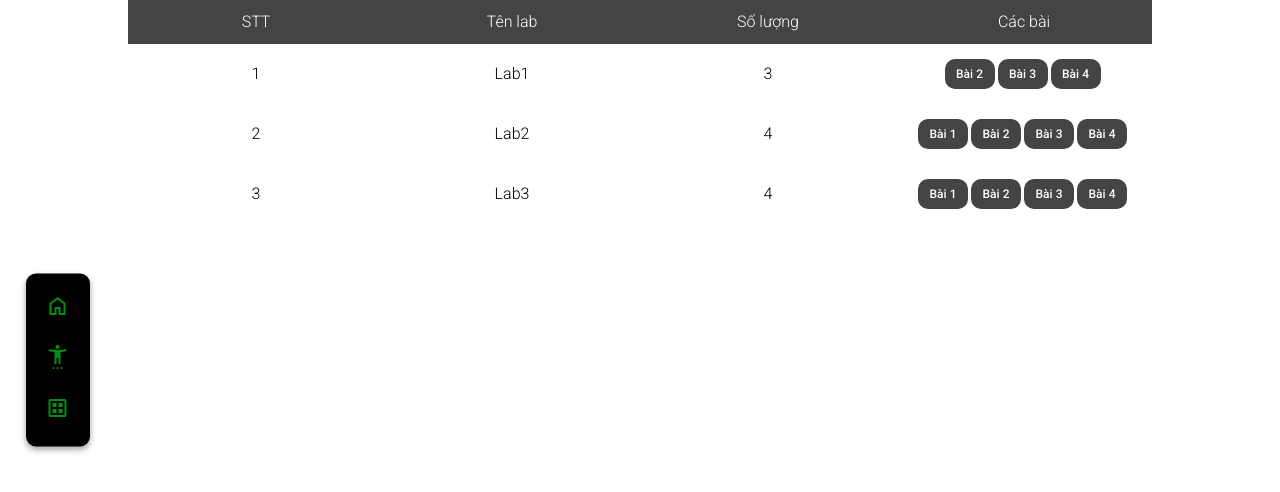
Repository: tuankiet10920/homeworkFEF
Page: /labs
The author's editor kept a copy of each file at every save. The page is drawn from the files as they stood at one save, then again after the next save.
The browser window is 1280 px wide. The pictures show the whole page.
The project was rebuilt for these pictures with package versions that can differ from the ones it lists, and the page was loaded fresh each time. Also part of the build but not shown: vite.config.js, src/views/HomeView.vue. Imported but missing from the stored project, and not drawn on this page: src/assets/audio/intro.mp3.

Above is the page before, as saved 2024-10-24 14:30:15.

### index.html
<!doctype html>
<html lang="en">
  <head>
    <meta charset="UTF-8" />
    <link rel="icon" href="/favicon.ico" />
    <meta name="viewport" content="width=device-width, initial-scale=1.0" />
    <link
      href="https://cdn.jsdelivr.net/npm/bootstrap@5.3.3/dist/css/bootstrap.min.css"
      rel="stylesheet"
      integrity="sha384-QWTKZyjpPEjISv5WaRU9OFeRpok6YctnYmDr5pNlyT2bRjXh0JMhjY6hW+ALEwIH"
      crossorigin="anonymous"
    />
    <link
      rel="stylesheet"
      href="https://fonts.googleapis.com/css2?family=Material+Symbols+Outlined:opsz,wght,FILL,GRAD@20..48,100..700,0..1,-50..200"
    />
    <link rel="preconnect" href="https://fonts.googleapis.com" />
    <link rel="preconnect" href="https://fonts.gstatic.com" crossorigin />
    <link
      href="https://fonts.googleapis.com/css2?family=Roboto:ital,wght@0,100;0,300;0,400;0,500;0,700;0,900;1,100;1,300;1,400;1,500;1,700;1,900&display=swap"
      rel="stylesheet"
    />
    <title>Vite App</title>
    <link rel="stylesheet" href="./src/assets/css/main.css" />
  </head>
  <body>
    <div id="app"></div>
    <script
      src="https://cdn.jsdelivr.net/npm/bootstrap@5.3.3/dist/js/bootstrap.bundle.min.js"
      integrity="sha384-YvpcrYf0tY3lHB60NNkmXc5s9fDVZLESaAA55NDzOxhy9GkcIdslK1eN7N6jIeHz"
      crossorigin="anonymous"
    ></script>
    <script type="module" src="/src/main.js"></script>
  </body>
</html>

### src/assets/css/main.css
* {
  margin: 0;
  padding: 0;
  box-sizing: border-box;
  text-decoration: none;
  color: #000;
  font-size: 16px;
  font-family: 'Roboto', sans-serif;
  font-weight: 300;
  font-style: normal;
}

### src/App.vue
<script setup>
import { RouterLink, RouterView } from 'vue-router'
import GetSrcImage from './assets/help/getSrcImage.js'
import Icon from './components/Icon.vue'
</script>

<template>
  <header>
    <div class="wrapper">
      <nav>
        <RouterLink to="/">
          <Icon iconName="home" />
        </RouterLink>

        <RouterLink to="/about">
          <Icon iconName="settings_accessibility" />
        </RouterLink>

        <RouterLink to="/labs">
          <Icon iconName="dataset" />
        </RouterLink>
      </nav>
    </div>
  </header>
  <RouterView />
</template>

<style scoped>
.wrapper nav a {
  margin-bottom: 20px;
  width: fit-content;
  text-decoration: none;
}
.wrapper nav a span {
  color: #009011;
}
.wrapper nav a:last-child {
  margin-bottom: 0;
}
nav {
  display: flex;
  flex-direction: column;
  justify-content: center;
  position: absolute;
  top: 50%;
  left: 2%;
  transform: translateY(-50%);
  padding: 20px;
  border-radius: 10px;
  background: #000;
  box-shadow:
    rgba(0, 0, 0, 0.16) 0px 3px 6px,
    rgba(0, 0, 0, 0.23) 0px 3px 6px;
}
</style>

### src/router/index.js
import { createRouter, createWebHistory } from 'vue-router'
import HomeView from '../views/HomeView.vue'

const router = createRouter({
  history: createWebHistory(import.meta.env.BASE_URL),
  routes: [
    {
      path: '/',
      name: 'home',
      component: HomeView,
    },
    {
      path: '/about',
      name: 'about',
      // route level code-splitting
      // this generates a separate chunk (About.[hash].js) for this route
      // which is lazy-loaded when the route is visited.
      component: () => import('../views/AboutView.vue'),
    },
    {
      path: '/labs',
      name: 'labs',
      component: () => import('../views/LabView.vue'),
    }
  ],
})

export default router

### src/assets/help/getSrcImage.js
const getSrcImage = (image) => {
    let __path = 'http://localhost:5173/src/assets/img/'
    return __path + image
}
export default getSrcImage

### src/components/Icon.vue
<script setup>
const props = defineProps(['iconName'])
</script>
<template>
  <span class="material-symbols-outlined"> {{ props.iconName }} </span>
</template>
<style scoped></style>

### src/views/LabView.vue
<script setup>
import { ref } from 'vue'
import router from '../router/index.js'

const __PATH = '../Labs/'
const sourceTrs = ref([
  {
    name_lab: 'Lab1',
    exs: [
      {
        name_ex: 'Bài 2',
        link: '/bai2lab1',
        namePath: 'Bai2',
      },
      {
        name_ex: 'Bài 3',
        link: '/bai3lab1',
        namePath: 'Bai3',
      },
      {
        name_ex: 'Bài 4',
        link: '/bai4lab1',
        namePath: 'Bai4',
      },
    ],
  },
  {
    name_lab: 'Lab2',
    exs: [
      {
        name_ex: 'Bài 1',
        link: '/bai1lab2',
        namePath: 'Bai1',
      },
      {
        name_ex: 'Bài 2',
        link: '/bai2lab2',
        namePath: 'Bai2',
      },
      {
        name_ex: 'Bài 3',
        link: '/bai3lab2',
        namePath: 'Bai3',
      },
      {
        name_ex: 'Bài 4',
        link: '/bai4lab2',
        namePath: 'Bai4',
      },
    ],
  },
  {
    name_lab: 'Lab3',
    exs: [
      {
        name_ex: 'Bài 1',
        link: '/bai1lab3',
        namePath: 'Bai1',
      },
      {
        name_ex: 'Bài 2',
        link: '/bai2lab3',
        namePath: 'Bai2',
      },
      {
        name_ex: 'Bài 3',
        link: '/bai3lab3',
        namePath: 'Bai3',
      },
      {
        name_ex: 'Bài 4',
        link: '/bai4lab3',
        namePath: 'Bai4',
      },
    ],
  },
])

sourceTrs.value.forEach(tr => {
  tr.exs.forEach(ex => {
    let pathImport = `../Labs/${tr.name_lab}/${ex.namePath}.vue`
    router.addRoute({
      path: ex.link,
      name: ex.name_ex + ' ' + tr.name_lab,
      component: () => import(pathImport),
    })
  })
})
console.log(router.getRoutes())
</script>
<template>
  <div class="labs">
    <table>
      <thead>
        <tr>
          <th>STT</th>
          <th>Tên lab</th>
          <th>Số lượng</th>
          <th>Các bài</th>
        </tr>
      </thead>
      <tbody>
        <tr v-for="(item, index) in sourceTrs">
          <td>{{ index + 1 }}</td>
          <td>{{ item.name_lab }}</td>
          <td>{{ item.exs.length }}</td>
          <td>
            <RouterLink v-for="route in item.exs" :to="route.link">
              <button type="button">{{ route.name_ex }}</button>
            </RouterLink>
          </td>
        </tr>
      </tbody>
    </table>
  </div>
</template>
<style scoped>
.labs {
  width: 100%;
  display: flex;
  justify-content: center;
}
table {
  border-collapse: collapse;
  width: 80%;
}
th {
  width: calc(100% / 4);
  padding: 10px 0px;
  background: #454343;
  color: #fff;
  text-align: center;
}
td {
  padding: 15px 0px;
  text-align: center;
}
button {
  width: 50px;
  height: 30px;
  border-radius: 10px;
  border: none;
  background: #454343;
  color: #fff;
  margin-right: 3px;
  font-weight: 500;
  transition: all 0.3s ease-in-out;
  font-size: 12px;
}
button:hover {
  color: #009011;
  box-shadow:
    rgba(60, 64, 67, 0.3) 0px 1px 2px 0px,
    rgba(60, 64, 67, 0.15) 0px 1px 3px 1px;
}
</style>

Loaded but not shown: src/main.js (common file)

After the next save:
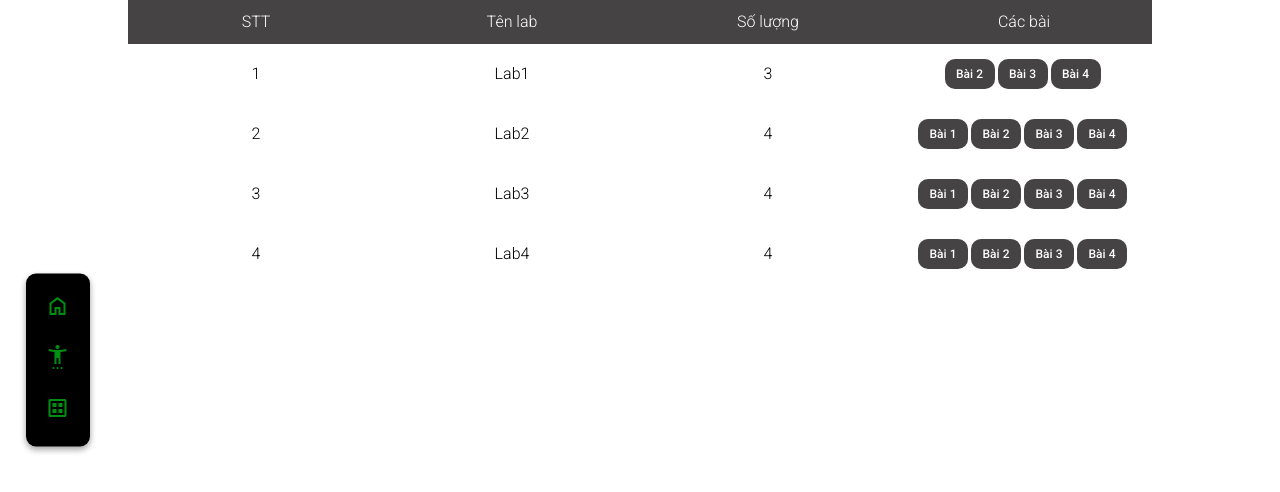
Saved 3 min 39 s later.
--- a/src/views/LabView.vue
+++ b/src/views/LabView.vue
@@ -70,6 +70,31 @@ const sourceTrs = ref([
       {
         name_ex: 'Bài 4',
         link: '/bai4lab3',
+        namePath: 'Bai4',
+      },
+    ],
+  },
+  {
+    name_lab: 'Lab4',
+    exs: [
+      {
+        name_ex: 'Bài 1',
+        link: '/bai1lab4',
+        namePath: 'Bai1',
+      },
+      {
+        name_ex: 'Bài 2',
+        link: '/bai2lab4',
+        namePath: 'Bai2',
+      },
+      {
+        name_ex: 'Bài 3',
+        link: '/bai3lab4',
+        namePath: 'Bai3',
+      },
+      {
+        name_ex: 'Bài 4',
+        link: '/bai4lab4',
         namePath: 'Bai4',
       },
     ],
